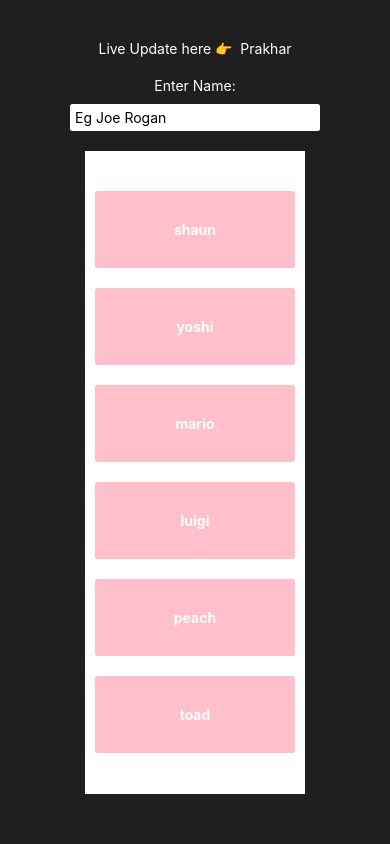
Repository: PrakharGupta36/TodoApp-React-Native
Screen: /
The author's editor kept a copy of each file at every save. The screen is drawn from the files as they stood at one save, then again after the next save.
An inner scrolling area shows only its first screen. The app was drawn by React Native's web renderer in a window 390 px wide. The project was rebuilt for these pictures with package versions that can differ from the ones it lists, and the page was loaded fresh each time.

Above is the screen before, as saved 2022-03-16 12:11:55.

After the next save:
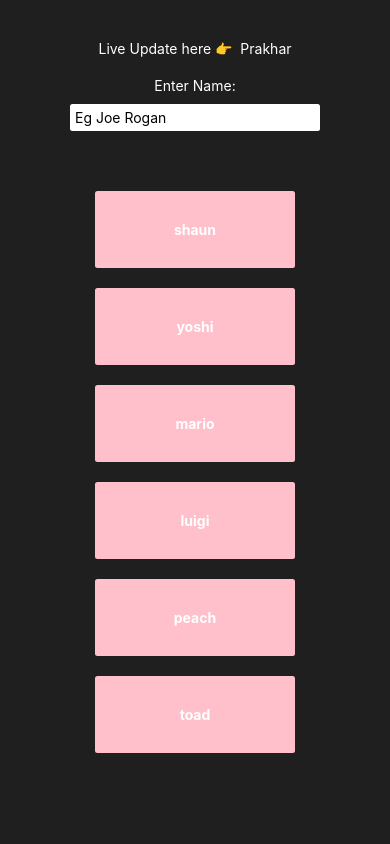
Saved 16 s later.
--- a/App.js
+++ b/App.js
@@ -71,7 +71,7 @@
   },
   buttonContainer: {
     flex: 1,
-    backgroundColor: "#fff",
+    backgroundColor: "",
     alignItems: "center",
     paddingTop: 30,
     paddingBottom: 30,
